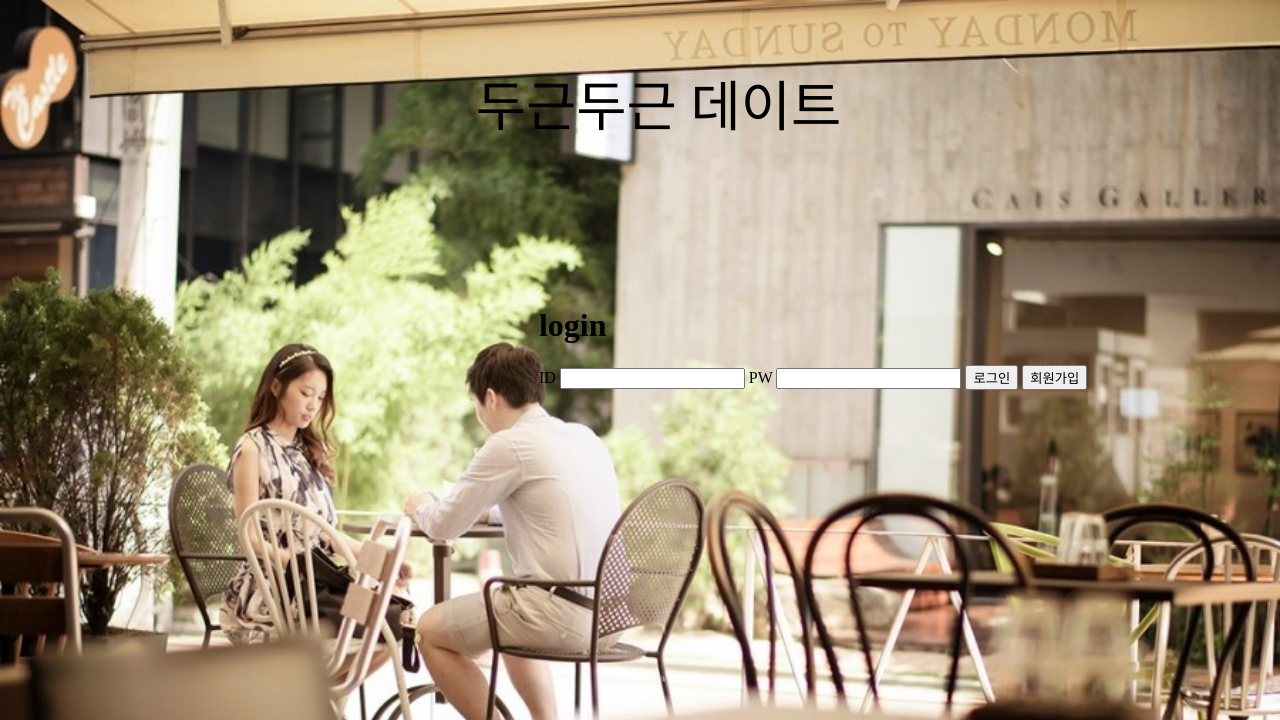
Repository: pinokio531/date_application
Page: http://localhost/doogeunDate/indexPage.jsp
These files come from the project's save history. The page is drawn as it stood at one moment and after the next save; the edit follows.
The browser window is 1280 px wide. The pictures show the whole page.
The page is served by Tomcat 9.

Above is the page before, as saved 2019-05-31 12:31:46.

### doogeunDate/WebContent/indexPage.jsp
<%@ page language="java" contentType="text/html; charset=EUC-KR"
    pageEncoding="EUC-KR"%>
<html lang="en">

<head>
    <meta charset="EUC-KR">
    <meta http-equiv="X-UA-Compatible" content="ie=edge">
    <title>Document</title>
    <link rel="stylesheet" type="text/css" href="style/index.css" />
</head>

<body>
	<div id="header">
		<p>두근두근 데이트</p>
	</div>

    <form action="login.jsp" method="get">
    	<div class="login">
	        <h1>login</h1>
	        ID <input name="id">
	        PW <input name="password">
	        <input type="submit" value="로그인">
	        <input type="button" value="회원가입" onclick="location.href='joinForm.jsp'">
    	</div>
    </form>
</body>

</html>

### doogeunDate/WebContent/style/index.css
body{
    background:url(../asset/background.jpg);
    background-size: 100%;
}

#header{
    margin-left: 37%;
    margin-top: 5%;
    margin-bottom: 10%;
    font-family: 'Hi Melody', cursive;
    font-size: 41pt;
}
.login{
   margin-left: 42%;
   margin-top: 13%;
}

After the next save:
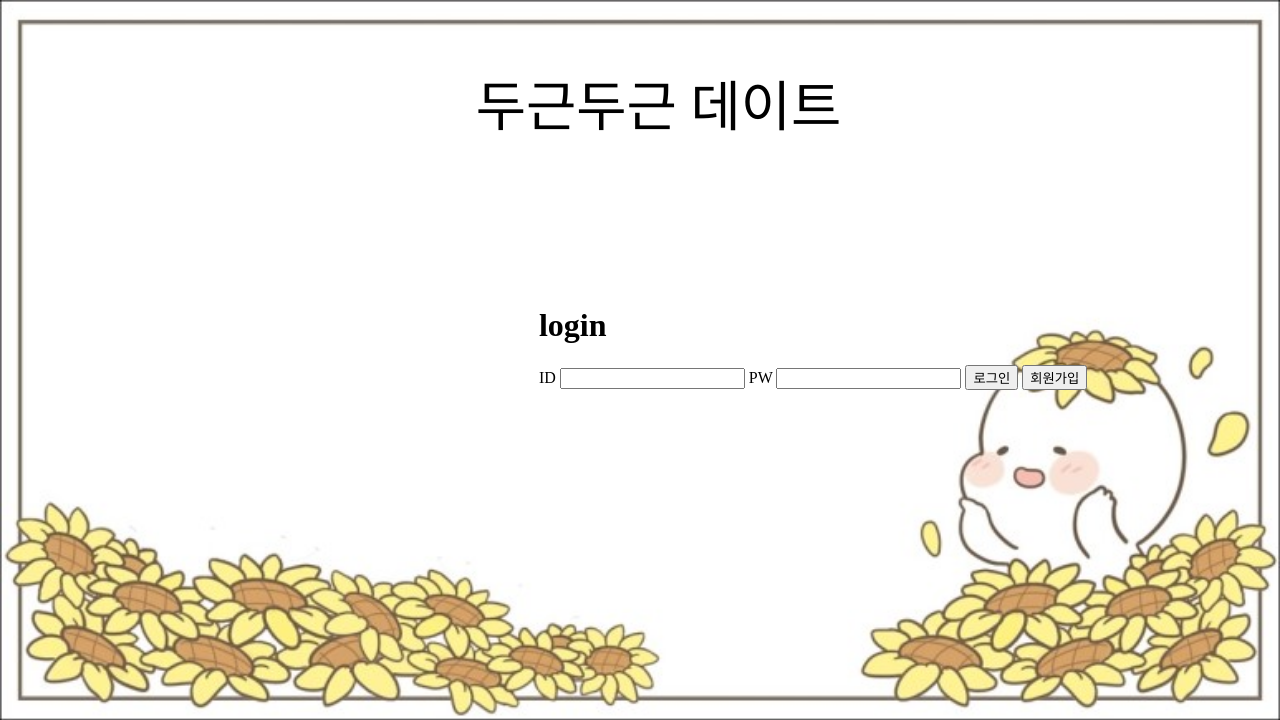
Saved 9 min 35 s later.
--- a/doogeunDate/WebContent/style/index.css
+++ b/doogeunDate/WebContent/style/index.css
@@ -1,5 +1,5 @@
 body{
-    background:url(../asset/background.jpg);
+    background:url(../asset/ompang.jpg);
     background-size: 100%;
 }
 
